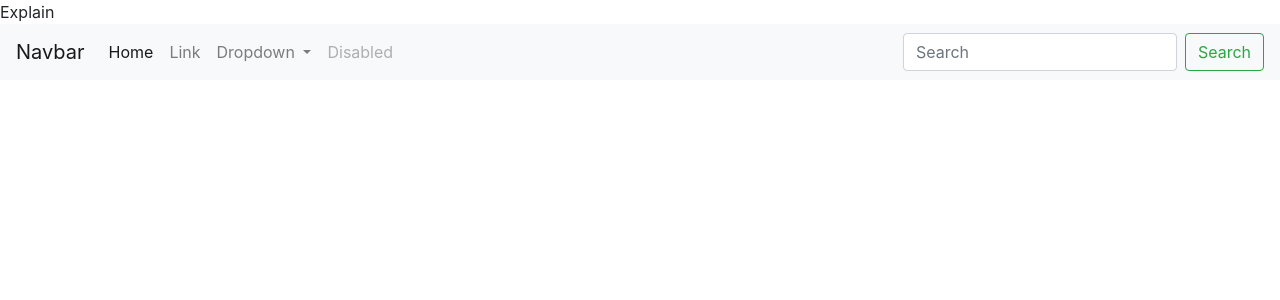
Repository: tsthuy/Badminton
Page: index.html
These files come from the project's save history. The page is drawn as it stood at one moment and after the next save; the edit follows.
The browser window is 1280 px wide. The pictures show the whole page.
Some web libraries are served in a nearby version.

Above is the page before, as saved 2023-10-12 20:03:12.

After the next save:
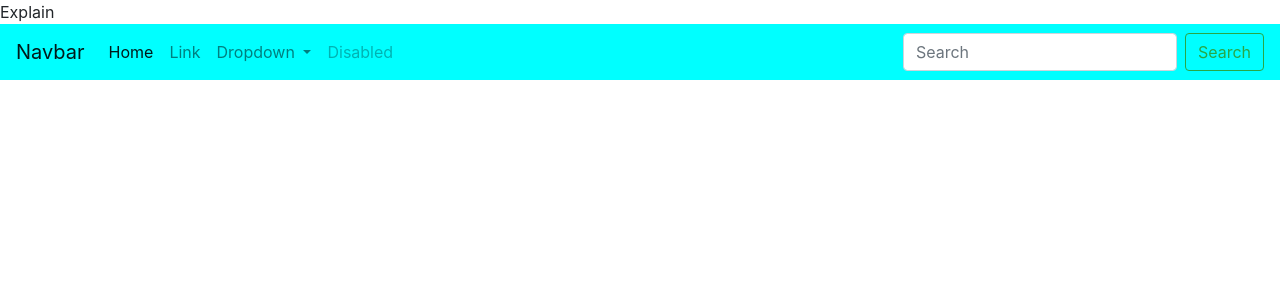
Saved 49 s later.
--- a/index.html
+++ b/index.html
@@ -9,7 +9,7 @@
 </head>
 <body>
     Explain
-<nav class="navbar navbar-expand-lg navbar-light bg-light">
+<nav class="navbar navbar-expand-lg navbar-light bg-light " style="background-color: aqua !important;">
   <a class="navbar-brand" href="#">Navbar</a>
   <button class="navbar-toggler" type="button" data-toggle="collapse" data-target="#navbarSupportedContent" aria-controls="navbarSupportedContent" aria-expanded="false" aria-label="Toggle navigation">
     <span class="navbar-toggler-icon"></span>

After the save that followed:
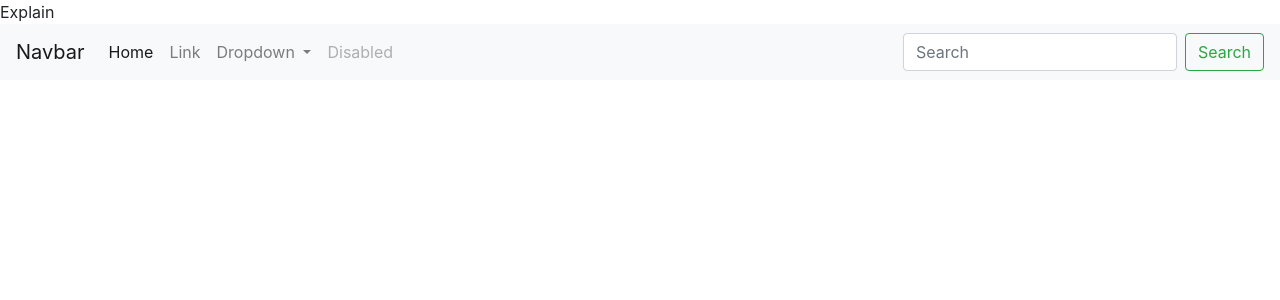
Saved 9 s later.
--- a/index.html
+++ b/index.html
@@ -9,7 +9,7 @@
 </head>
 <body>
     Explain
-<nav class="navbar navbar-expand-lg navbar-light bg-light " style="background-color: aqua !important;">
+<nav class="navbar navbar-expand-lg navbar-light bg-light " style="background-color: aqua ">
   <a class="navbar-brand" href="#">Navbar</a>
   <button class="navbar-toggler" type="button" data-toggle="collapse" data-target="#navbarSupportedContent" aria-controls="navbarSupportedContent" aria-expanded="false" aria-label="Toggle navigation">
     <span class="navbar-toggler-icon"></span>
